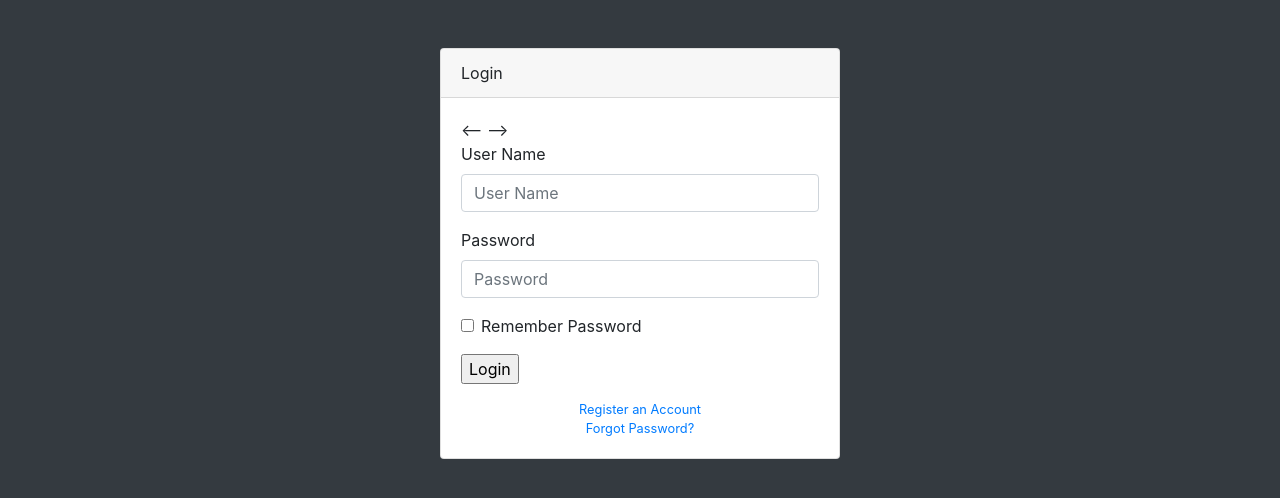
Repository: riorbak/Batch-Source
Page: Project 1/ERS/src/main/webapp/00-login.html
An editor plug-in stored every save of this project. The page is shown before and after the next save, followed by the edit.
The browser window is 1280 px wide. The pictures show the whole page.

Above is the page before, as saved 2018-03-11 03:20:21.

After the next save:
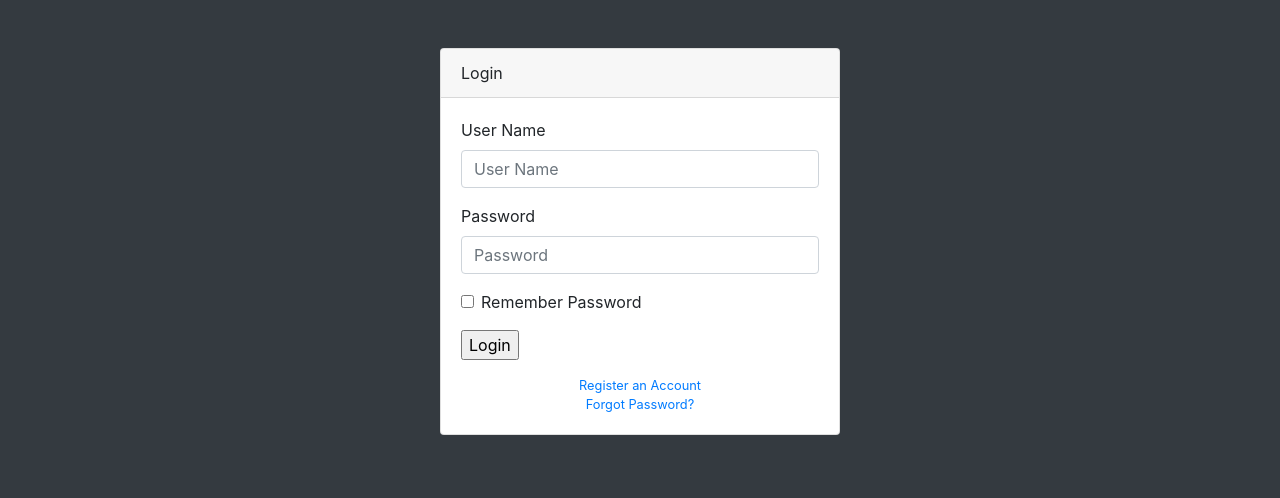
Saved 41 s later.
--- a/Project 1/ERS/src/main/webapp/00-login.html
+++ b/Project 1/ERS/src/main/webapp/00-login.html
@@ -23,7 +23,8 @@
     <div class="card card-login mx-auto mt-5">
       <div class="card-header">Login</div>
       <div class="card-body">
-        <form name="loginForm" method="post" action="loginServlet"> <-- -->
+        <!-- -->
+        <form name="loginForm" method="post" action="loginServlet">
           <div class="form-group">
             <label for="inputUsername">User Name</label>
             <input class="form-control" id="inputUsername" type="username" placeholder="User Name">
